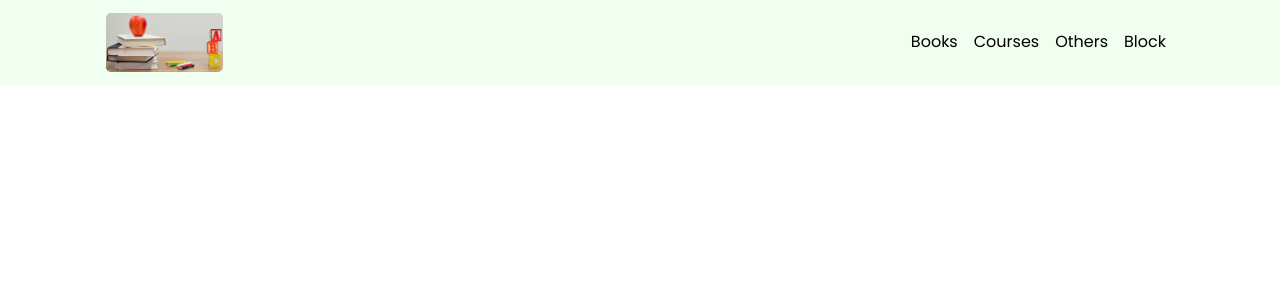
Repository: zjria/Figma-to-E-school
Page: index.html
These files come from the project's save history. The page is drawn as it stood at one moment and after the next save; the edit follows.
The browser window is 1280 px wide. The pictures show the whole page.
Some web libraries are served in a nearby version.

Above is the page before, as saved 2022-05-06 15:10:23.

### index.html
<!doctype html>
<html lang="en">
  <head>
    <!-- Required meta tags -->
    <meta charset="utf-8">
    <meta name="viewport" content="width=device-width, initial-scale=1">
    <title>E-School</title>

    <!-- Google Font family -->
    <link rel="preconnect" href="https://fonts.googleapis.com">
    <link rel="preconnect" href="https://fonts.gstatic.com" crossorigin>
    <link href="https://fonts.googleapis.com/css2?family=Poppins:wght@100;300;400;500;600;700;800;900&display=swap" rel="stylesheet">
    <!-- Bootstrap CSS -->
    <link href="https://cdn.jsdelivr.net/npm/bootstrap@5.0.2/dist/css/bootstrap.min.css" rel="stylesheet">
    <!-- Font awesome -->
    <link rel="stylesheet" href="https://cdnjs.cloudflare.com/ajax/libs/font-awesome/6.1.1/css/all.min.css">
    <!-- custom css -->
    <link rel="stylesheet" href="style.css">
  </head>
  <body>
    <section class="hero-section">
        <div class="container">
            <div class="row">
                <nav class="navbar navbar-expand-md navbar-light">
                    <div class="container-fluid">
                      <a class="navbar-brand" href="#"><img class="img-fluid rounded-3" src="images/logo.png" alt=""></a>
                      <button class="navbar-toggler" type="button" data-bs-toggle="collapse" data-bs-target="#navbarSupportedContent" aria-controls="navbarSupportedContent" aria-expanded="false" aria-label="Toggle navigation">
                        <span class="navbar-toggler-icon"></span>
                      </button>
                      <div class="collapse navbar-collapse" id="navbarSupportedContent">
                        <ul class="navbar-nav me-auto mb-2 mb-lg-0">
                          <li class="nav-item">
                            <a class="nav-link" href="#">Books</a>
                          </li>
                          <li class="nav-item">
                            <a class="nav-link" href="#">Courses</a>
                          </li>
                          <li class="nav-item">
                            <a class="nav-link" href="#">Others</a>
                          </li>
                          <li class="nav-item">
                            <a class="nav-link" href="#">Block</a>
                          </li>
                        </ul>

                      </div>
                    </div>
                  </nav>
            </div>

            <div class="row">
              <div class="col-md-6">

              </div>
              <div class="col-md-6"></div>
            </div>
        </div>
    </section>










    <!-- Option 1: Bootstrap Bundle with Popper -->
    <script src="https://cdn.jsdelivr.net/npm/bootstrap@5.0.2/dist/js/bootstrap.bundle.min.js"></script>
  </body>
</html>

### style.css
/* font-family: 'Poppins', sans-serif; */
.hero-section{
    background: #F0FFF0;
}
.navbar-light .navbar-nav .nav-link {
    color: rgb(0, 0, 0);
    font-family: 'Poppins', sans-serif;
    font-style: normal;
    font-weight: 400;
    font-size: 16px;
    line-height: 24px;
}
.navbar-light .navbar-nav .nav-link:hover {
    color: #C2B49D;
}
.navbar-brand img{
    width: 15%;
}

After the next save:
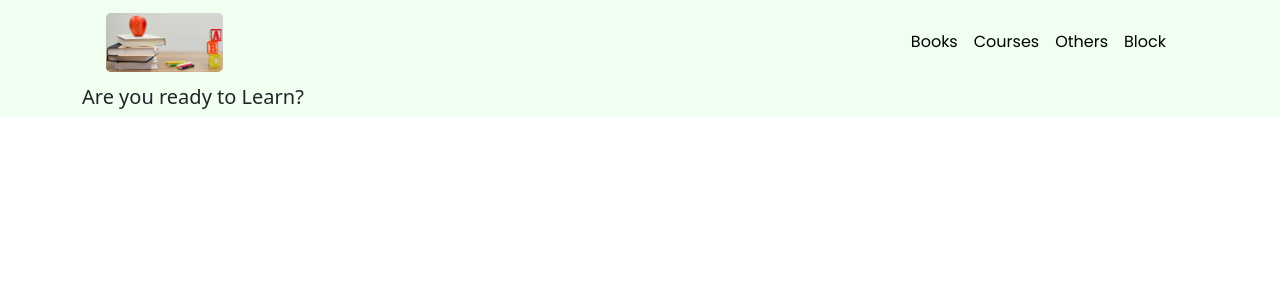
Saved 11 s later.
--- a/index.html
+++ b/index.html
@@ -50,6 +50,7 @@
 
             <div class="row">
               <div class="col-md-6">
+                <h5>Are you ready to Learn?</h5>
 
               </div>
               <div class="col-md-6"></div>
